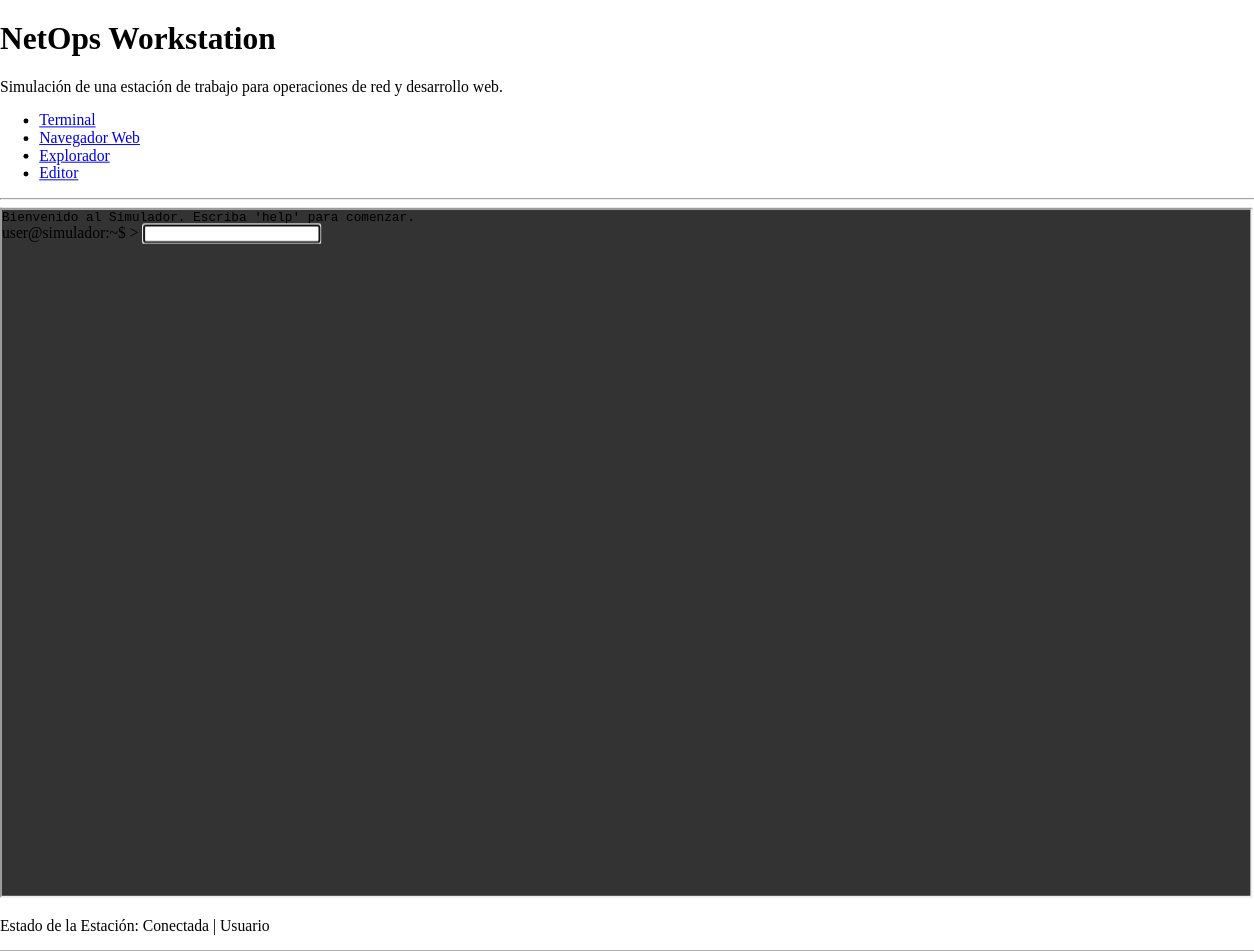
Repository: ValdezGalia/ProgramacionWebUcab
Page: lan-01.html
An editor plug-in stored every save of this project. The page is shown before and after a run of saves, followed by the edit.
The browser window is 1280 px wide. The pictures show the whole page, at 98% of full size.

Above is the page before, as saved 2025-11-13 16:03:04.

After the next 3 saves:
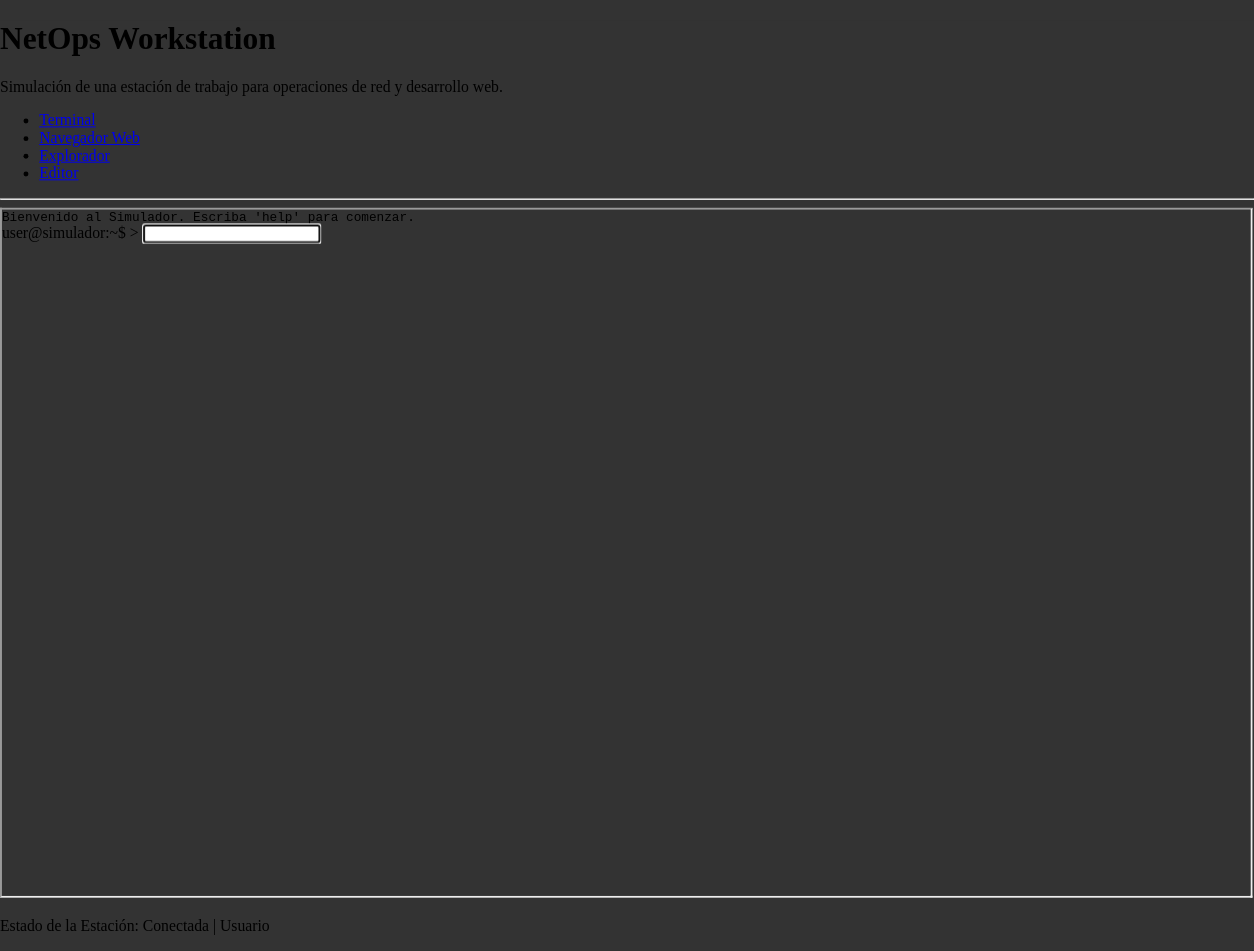
The 3 saves are shown as one change because they came seconds apart.
The last was saved 26 s later.
--- a/style/lan-01.css
+++ b/style/lan-01.css
@@ -1,5 +1,5 @@
 html, body{
     padding: 0;
     margin: 0;
-    background-image: ;
+    background-color: #333;
 }
